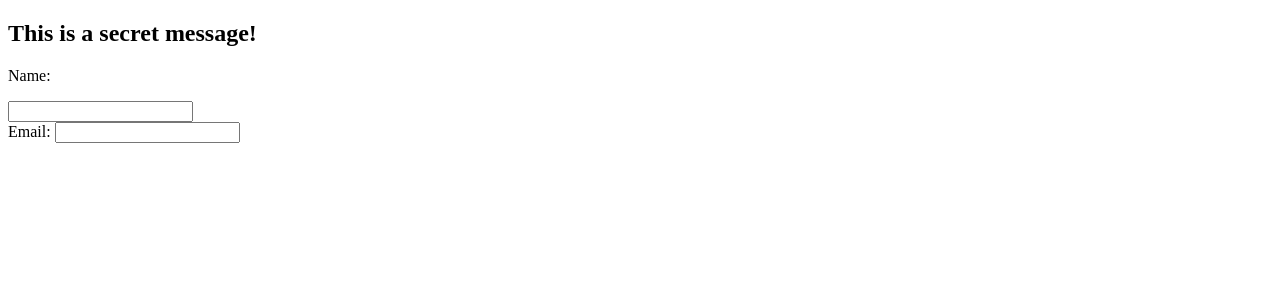
Repository: fullstack-decal-fa22/hw1-jiachenofsun
Page: secret.html
These files come from the project's save history. The page is drawn as it stood at one moment and after the next save; the edit follows.
The browser window is 1280 px wide. The pictures show the whole page.

Above is the page before, as saved 2022-09-17 09:51:27.

After the next save:
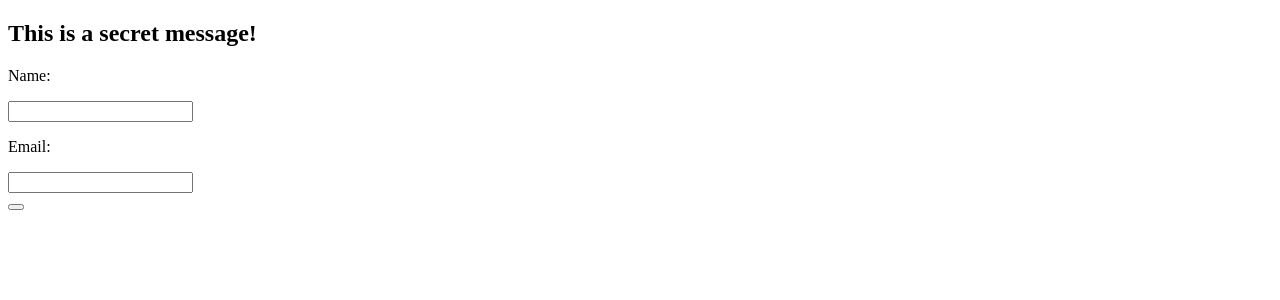
Saved 38 s later.
--- a/secret.html
+++ b/secret.html
@@ -11,10 +11,11 @@
         <p>Name:</p>
         <input type="text" id="name">
         <br>
-        <???>Email:</???>
+        <p>Email:</p>
         <input type="text" id="email">
         <br>
-        <??? type="???">
-        </form>
-    </body>
+        <button type="submit">
+    </form>
+</body>
+
 </html>
